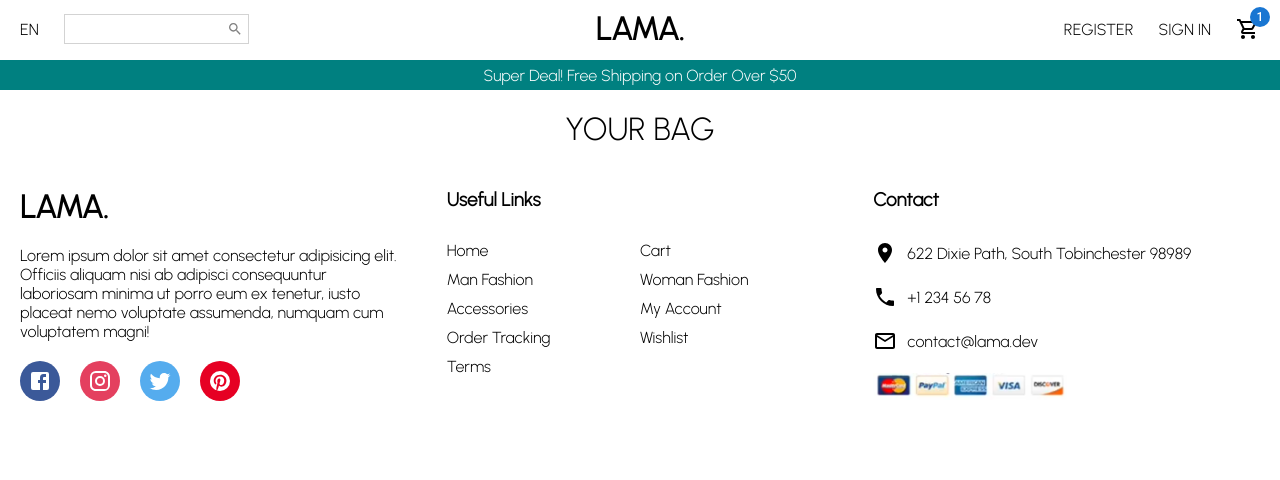
Repository: kmvaghela/ECOMMERCE
Page: /
These files come from the project's save history. The page is drawn as it stood at one moment and after the next save; the edit follows.
The browser window is 1280 px wide. The pictures show the whole page.
The project was rebuilt for these pictures with package versions that can differ from the ones it lists, and the page was loaded fresh each time. Also part of the build but not shown: src/data.js, src/components/CategoryItem.jsx, src/components/Categories.jsx, src/components/Product.jsx, src/components/Products.jsx, src/components/Slider.jsx, src/components/Newsletter.jsx, src/pages/Home.jsx and 4 more.

Above is the page before, as saved 2022-02-24 19:35:14.

### public/index.html
<!DOCTYPE html>
<html lang="en">

<head>
  <meta charset="utf-8" />
  <meta name="viewport" content="width=device-width, initial-scale=1" />
  <meta name="description" content="Web site created using create-react-app" />
  <link href="https://fonts.googleapis.com/css2?family=Urbanist:wght@100;200;300&display=swap" rel="stylesheet">
  <style>
    * {
      margin: 0;
      font-family: 'Urbanist', sans-serif;
    }
  </style>
  <title>React App</title>
</head>

<body>
  <noscript>You need to enable JavaScript to run this app.</noscript>
  <div id="root"></div>
</body>

</html>

### src/App.jsx
import Home from "./pages/Home";
import Product from "./pages/Product";
import ProductList from "./pages/ProductList";
import Register from "./pages/Register";
import Login from "./pages/Login";
import Cart from "./pages/Cart";

const App = () => {
  return (
    // <Home />
    // <ProductList />
    // <Product />
    // <Register />
    // <Login />
    <Cart />
  );
};

export default App;

### src/pages/Cart.jsx
import React from "react";
import styled from "styled-components";
import Navbar from "../components/Navbar";
import Announcement from "../components/Announcement";
import Footer from "../components/Footer";

const Container = styled.div``;

const Wrapper = styled.div`
  padding: 20px;
`;

const Title = styled.h1`
  font-weight: 300;
  text-align: center;
`;

const Top = styled.div`
  display: flex;
  align-items: center;
  justify-content: space-between;
`;

const Bottom = styled.div``;

const Cart = () => {
  return (
    <Container>
      <Navbar />
      <Announcement />
      <Wrapper>
        <Title>YOUR BAG</Title>
        <Top></Top>
        <Bottom></Bottom>
      </Wrapper>
      <Footer />
    </Container>
  );
};

export default Cart;

### src/components/Announcement.jsx
import styled from "styled-components";

const Container = styled.div`
  height: 30px;
  background-color: teal;
  color: white;
  display: flex;
  align-items: center;
  justify-content: center;
  font-size: 14;
  font-weight: 500;
`;

const Announcement = () => {
  return (
    <Container>
      Super Deal! Free Shipping on Order Over $50
    </Container>
  );
};

export default Announcement;

### src/components/Navbar.jsx
import React from "react";
import styled from "styled-components";
import SearchOutlinedIcon from "@mui/icons-material/SearchOutlined";
import ShoppingCartOutlinedIcon from "@mui/icons-material/ShoppingCartOutlined";
import Badge from "@mui/material/Badge";

const Container = styled.div`
  height: 60px;
`;
const Wrapper = styled.div`
  padding: 10px 20px;
  display: flex;
  align-items: center;
  justify-content: space-between;
`;
const Left = styled.div`
  flex: 1;
  display: flex;
  align-items: center;
`;
const Language = styled.span`
  font-size: 14;
  cursor: pointer;
`;
const SearchContainer = styled.div`
  border: 0.5px solid lightgray;
  display: flex;
  align-items: center;
  margin-left: 25px;
  padding: 5px;
`;
const Input = styled.input`
  border: none;
`;

const Center = styled.div`
  flex: 2;
`;
const Logo = styled.h1`
  font-weight: bold;
  text-align: center;
`;

const Right = styled.div`
  flex: 1;
  display: flex;
  align-items: center;
  justify-content: flex-end;
`;
const MenuItem = styled.div`
  font-size: 14;
  cursor: pointer;
  margin-left: 25px;
`;

const Navbar = () => {
  return (
    <Container>
      <Wrapper>
        <Left>
          <Language>EN</Language>
          <SearchContainer>
            <Input />
            <SearchOutlinedIcon style={{color:"gray",fontSize:16}}/>
          </SearchContainer>
        </Left>
        <Center>
          <Logo>LAMA.</Logo>
        </Center>
        <Right>
          <MenuItem>REGISTER</MenuItem>
          <MenuItem>SIGN IN</MenuItem>
          <MenuItem>
            <Badge badgeContent={1} color="primary">
              <ShoppingCartOutlinedIcon />
            </Badge>
          </MenuItem>
        </Right>
      </Wrapper>
    </Container>
  );
};
export default Navbar;

### src/components/Footer.jsx
import React from "react";
import styled from "styled-components";
import FacebookIcon from "@mui/icons-material/Facebook";
import InstagramIcon from "@mui/icons-material/Instagram";
import TwitterIcon from "@mui/icons-material/Twitter";
import PinterestIcon from "@mui/icons-material/Pinterest";
import RoomIcon from "@mui/icons-material/Room";
import PhoneIcon from "@mui/icons-material/Phone";
import MailOutlineIcon from "@mui/icons-material/MailOutline";
import PaymentImage from "../assets/payment.PNG";
const Container = styled.div`
  display: flex;
`;

const Left = styled.div`
  flex: 1;
  display: flex;
  flex-direction: column;
  padding: 20px;
`;
const Center = styled.div`
  flex: 1;
  padding: 20px;
`;
const Right = styled.div`
  flex: 1;
  padding: 20px;
`;

const Logo = styled.h1``;

const Description = styled.p`
  margin: 20px 0px;
`;

const SocialContainer = styled.div`
  display: flex;
`;

const SocialIcon = styled.div`
  height: 40px;
  width: 40px;
  border-radius: 50%;
  color: white;
  background-color: ${(props) => props.color};
  display: flex;
  align-items: center;
  justify-content: center;
  margin-right: 20px;
`;

const Title = styled.h3`
  margin-bottom: 30px;
`;

const List = styled.ul`
  margin: 0;
  padding: 0;
  list-style: none;
  display: flex;
  flex-wrap: wrap;
`;

const ListItem = styled.li`
  width: 50%;
  margin-bottom: 10px;
`;

const ContactItem = styled.div`
  margin-bottom: 20px;
  display: flex;
  align-items: center;
`;

const Payment = styled.img`
  width: 50%;
`;

const Footer = () => {
  return (
    <Container>
      <Left>
        <Logo>LAMA.</Logo>
        <Description>
          Lorem ipsum dolor sit amet consectetur adipisicing elit. Officiis
          aliquam nisi ab adipisci consequuntur laboriosam minima ut porro eum
          ex tenetur, iusto placeat nemo voluptate assumenda, numquam cum
          voluptatem magni!
        </Description>
        <SocialContainer>
          <SocialIcon color="#3B5999">
            <FacebookIcon />
          </SocialIcon>
          <SocialIcon color="#E4405F">
            <InstagramIcon />
          </SocialIcon>
          <SocialIcon color="#55ACEE">
            <TwitterIcon />
          </SocialIcon>
          <SocialIcon color="#E60023">
            <PinterestIcon />
          </SocialIcon>
        </SocialContainer>
      </Left>

      <Center>
        <Title>Useful Links</Title>
        <List>
          <ListItem>Home</ListItem>
          <ListItem>Cart</ListItem>
          <ListItem>Man Fashion</ListItem>
          <ListItem>Woman Fashion</ListItem>
          <ListItem>Accessories</ListItem>
          <ListItem>My Account</ListItem>
          <ListItem>Order Tracking</ListItem>
          <ListItem>Wishlist</ListItem>
          <ListItem>Terms</ListItem>
        </List>
      </Center>

      <Right>
        <Title>Contact</Title>
        <ContactItem>
          <RoomIcon style={{ marginRight: "10px" }} />
          622 Dixie Path, South Tobinchester 98989
        </ContactItem>
        <ContactItem>
          <PhoneIcon style={{ marginRight: "10px" }} />
          +1 234 56 78
        </ContactItem>
        <ContactItem>
          <MailOutlineIcon style={{ marginRight: "10px" }} />
          contact@lama.dev
        </ContactItem>
        <Payment src={PaymentImage} alt="not found" />
      </Right>
    </Container>
  );
};

export default Footer;

Loaded but not shown: src/index.js (common file)

After the next save:
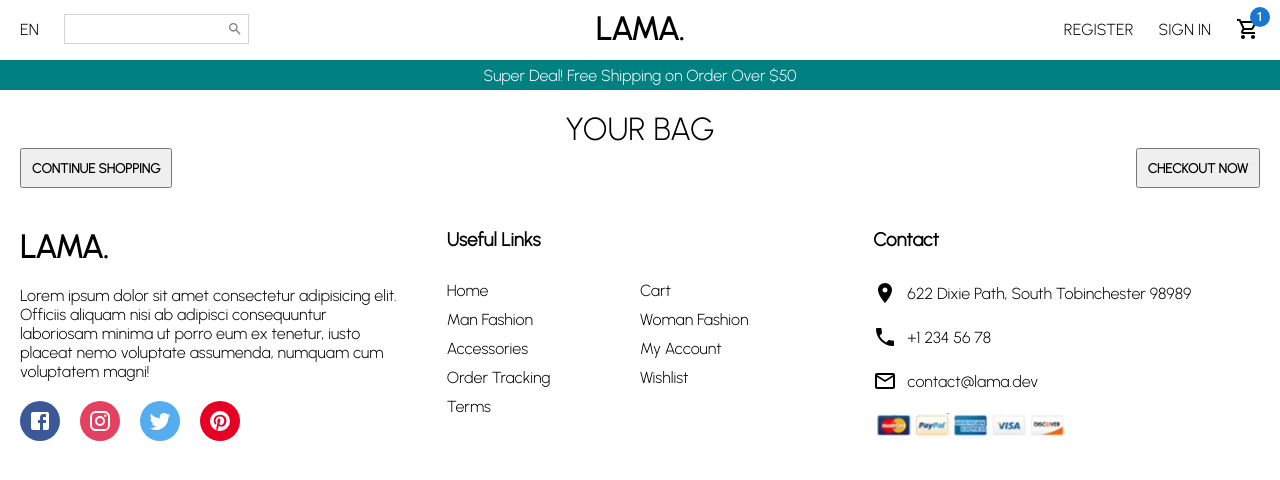
Saved 2 min 23 s later.
--- a/src/pages/Cart.jsx
+++ b/src/pages/Cart.jsx
@@ -23,6 +23,12 @@
 
 const Bottom = styled.div``;
 
+const TopBottom = styled.button`
+  padding: 10px;
+  font-weight: 600;
+  cursor: pointer;
+`;
+
 const Cart = () => {
   return (
     <Container>
@@ -30,7 +36,10 @@
       <Announcement />
       <Wrapper>
         <Title>YOUR BAG</Title>
-        <Top></Top>
+        <Top>
+            <TopBottom>CONTINUE SHOPPING</TopBottom>
+            <TopBottom>CHECKOUT NOW</TopBottom>
+        </Top>
         <Bottom></Bottom>
       </Wrapper>
       <Footer />
